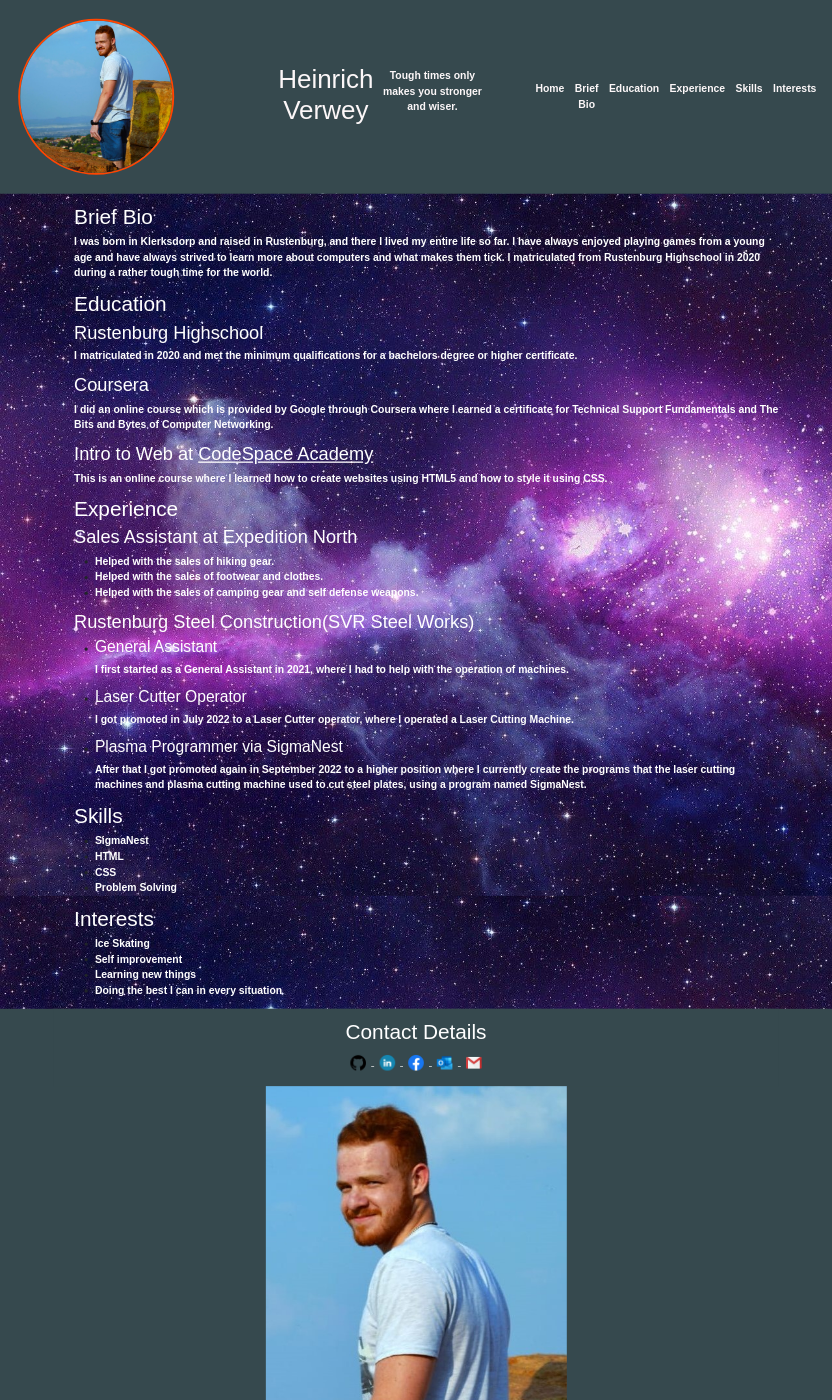
Repository: W3asl3y/IntroToWebDesign
Page: index.html
The author's editor kept a copy of each file at every save. The page is drawn from the files as they stood at one save, then again after the next save.
The browser window is 1280 px wide. The pictures show the whole page, at 65% of full size.

Above is the page before, as saved 2022-12-09 16:16:57.

### index.html
<!DOCTYPE html>
<html lang="en">
    <head>
        <meta charset="UTF-8">
        <meta http-equiv="X-UA-Compatible" content="IE=edge">
        <meta name="viewport" content="width=device-width, initial-scale=1.0">

        <title>
            My Resume
        </title>

        <link rel="stylesheet" href="https://cdn.jsdelivr.net/npm/bootstrap@5.2.3/dist/css/bootstrap.min.css" integrity="sha384-rbsA2VBKQhggwzxH7pPCaAqO46MgnOM80zW1RWuH61DGLwZJEdK2Kadq2F9CUG65" crossorigin="anonymous">

        <link rel="stylesheet" type="text/css" href="css/stylesheet.css">

        <script src="https://cdn.jsdelivr.net/npm/bootstrap@5.2.3/dist/js/bootstrap.bundle.min.js" integrity="sha384-kenU1KFdBIe4zVF0s0G1M5b4hcpxyD9F7jL+jjXkk+Q2h455rYXK/7HAuoJl+0I4" crossorigin="anonymous"></script>

    </head>
    <body class="body">

        <header id="heading">

                    <nav class="navbar navbar-expand-lg bg-transparent">

                        <div class="container-fluid m-0">
                                 <a class="navbar-brand" href="#"><img id="profile_picture" src="images/Heinrich.jpg" alt="My profile picture" ></a>
                        </div>

                        <div class="container m-5">
                            <h1>
                                Heinrich Verwey
                            </h1>
                            <p>
                                Tough times only makes you stronger and wiser.
                            </p>
                        </div>

                                 <button class="navbar-toggler m-auto" type="button" data-bs-toggle="collapse" data-bs-target="#navbarSupportedContent" aria-controls="navbarSupportedContent" aria-expanded="false" aria-label="Toggle navigation">
                                    <span class="navbar-toggler-icon"></span>
                                </button>

                                <div class="collapse navbar-collapse" id="navbarSupportedContent">
                                    <ul class="navbar-nav me-auto mb-2 mb-lg-0">
                                        <li class="nav-item">
                                            <a class="nav-link active" aria-current="page" href="#">Home</a>
                                        </li>
                                        <li class="nav-item">
                                            <a class="nav-link" href="#brief_bio"> Brief Bio </a>
                                        </li>
                                        <li class="nav-item dropdown">
                                            <a class="nav-link" href="#education"> Education </a>
                                        </li>
                                        <li class="nav-item">
                                            <a class="nav-link" href="#experience"> Experience </a>
                                        </li>
                                        <li class="nav-item">
                                            <a class="nav-link" href="#skills"> Skills </a>
                                        </li>
                                        <li class="nav-item">
                                             <a class="nav-link" href="#interests"> Interests </a>
                                        </li>
                                    </ul>
                                </div>

                            </div>

                        </div>

                    </nav>

                </div>

            </div>

        </header>

        <div class="backgroundImage">

        <main>
            <div class="container" style="padding-top: 1rem">
                <div class="row">
                    <div class="col-12">
                        <article id="contents">
                            <h2 id="brief_bio">
                                Brief Bio
                            </h2>
                            <p>
                                I was born in Klerksdorp and raised in Rustenburg, and there I lived my entire life so far. I have always enjoyed playing games from a young age and have always strived to learn more about computers and what makes them tick. I matriculated from Rustenburg Highschool in 2020 during a rather tough time for the world.
                            </p>
                            <h2 id=education>
                                Education
                            </h2>
                            <h3>
                                Rustenburg Highschool
                            </h3>
                            <p>
                                I matriculated in 2020 and met the minimum qualifications for a bachelors degree or higher certificate.
                            </p>
                            <h3>
                                Coursera
                            </h3>
                            <p>
                                I did an online course which is provided by Google through Coursera where I earned a certificate for Technical Support Fundamentals and The Bits and Bytes of Computer Networking.
                            </p>
                            <h3>
                                Intro to Web at <a id="codespace" href="https://www.codespace.co.za/courses/frontend-web-development/">CodeSpace Academy</a>
                            </h3>
                            <p>
                                This is an online course where I learned how to create websites using HTML5 and how to style it using CSS.
                            </p>
                            </h3>
                            <h2 id="experience">
                                Experience
                            </h2>
                            <h3>
                                Sales Assistant at Expedition North
                            </h3>
                            <ul>
                                <li>
                                    Helped with the sales of hiking gear.
                                </li>
                                <li>
                                    Helped with the sales of footwear and clothes.
                                </li>
                                <li>
                                    Helped with the sales of camping gear and self defense weapons.
                                </li>
                            </ul>
                            <h3>
                                Rustenburg Steel Construction(SVR Steel Works)
                            </h3>
                            <ul>
                                <li>
                                    <h4>
                                        General Assistant
                                    </h4>
                                        <p>
                                            I first started as a General Assistant in 2021, where I had to help with the operation of machines.
                                        </p>
                                </li>
                                <li>
                                    <h4>
                                        Laser Cutter Operator
                                    </h4>
                                        <p>
                                            I got promoted in July 2022 to a Laser Cutter operator, where I operated a Laser Cutting Machine.
                                        </p>
                                </li>
                                <li>
                                    <h4>
                                        Plasma Programmer via SigmaNest
                                    </h4>
                                        <p>
                                            After that I got promoted again in September 2022 to a higher position where I currently create the programs that the laser cutting machines and plasma cutting machine used to cut steel plates, using a program named SigmaNest.
                                        </p>
                                </li>
                            </ul>
                            <h2 id="skills">
                                Skills
                            </h2>
                            <ul>
                                <li>
                                    SigmaNest
                                </li>
                                <li>
                                    HTML
                                </li>
                                <li>
                                    CSS
                                </li>
                                <li>
                                    Problem Solving
                                </li>
                            </ul>
                            <h2 id="interests">
                                Interests
                            </h2>
                            <ul>
                                <li>
                                    Ice Skating
                                </li>
                                <li>
                                    Self improvement
                                </li>
                                <li>
                                    Learning new things
                                </li>
                                <li>
                                    Doing the best I can in every situation
                                </li>
                            </ul>
                        </article>
                    </div>
                </div>
            </div>

        </main>

        </div>
        <div class="container text-center" >
            <footer class="footer">
                <h2>
                    Contact Details
                </h2>
                    <a href="https://github.com/W3asl3y" target="_blank">
                        <img class="my_contacts" src="Images\Github-22.png" alt="My Github">
                    </a>
                    <a href="https://www.linkedin.com/in/heinrich-verwey-1627a7205/" target="_blank">
                        <img class="my_contacts" src="Images\LinkedIn.webp" alt="My LinkedIn">
                    </a>
                    <a  href="https://www.facebook.com/heinrich.verwey.79/" target="_blank">
                        <img class="my_contacts" src="Images\Facebook.webp" alt=" My Facebook">
                    </a>
                    <a href="mailto:verwey41@outlook.com" target="_blank">
                        <img class="my_contacts" src="Images\Microsoft-Outlook-01.png" alt="My Outlook Email">
                    </a>
                    <a href="https://mail.google.com/mail/u/0/#inbox?compose=DmwnWrRpddMlNTSjFqkttlfhgGgSTqTdZwvhCZbHGPMFCZvZVTDvqlDvZQjtBGtGFFxcnhXPNVnl" target="_blank">
                        <img class="my_contacts" src="Images\Gmail.webp" alt="My Gmail Email">
                    </a>

            </footer>
        </div>

        <div class="pictureOfMe">
            <picture>
                <source media="(max-width: 650px)" srcset="Images\Heinrich-H.jpg">
                <source media="(max-width: 1400px)" srcset="Images\Heinrich-HS.jpg">
                <img src="Images\Heinrich.jpg" alt="It is a picture of me">
            </picture>
        </div>

    </body>
</html

### CSS/stylesheet.css
* { box-sizing: border-box }

.body{
     font-family:sans-serif;

     font-weight: bolder;
     background-color:  #36494e ;
     display: flex;
     flex-direction: column;
}

.backgroundImage {
     background-image: url("/images/background-image.jpg");
     background-size: auto;

}

main {
     display: flex;
     flex-direction: row;
     overflow: unset;
     -webkit-text-fill-color: white;
}

header {
     text-align: center;
    -webkit-text-fill-color: #FCF7F8;
     background-color: #36494e;
     padding: 1rem;
}



#profile_picture {
     width: 15rem;
     border-radius: 50%;
     border: 3px solid orangered;
}

#profile_picture:hover {
     width: 30rem;
     animation-name: profilePicture;
     animation-duration: 3s;
 }

 @keyframes profilePicture {
     from {
         width: 15rem;
     }

     to {
         width: 30rem;
     }

 }


#contents {
     padding-left: 2rem;
     background-color: transparent;
     background-image: none;
}

#codespace:hover {
     color: white;
}

a:link {
     color: blue;
}

a:visited {
     color: blue;
}

.my_contacts {
     width: 40px;
     padding: 0.5rem;
}



footer {
     background-color: #36494e;
     text-align: center;
     -webkit-text-fill-color: white;
     padding: 1rem;
     justify-content: center;
}


.pictureOfMe {
     align-self: center;
}

@media  screen and (max-width:600px){
     .body {
          font-size: 80%;
          text-size-adjust: 80%;
     }
     #contents {
          width: auto;
     }
     .backgroundImage {
          width: auto;
     }
}

@media screen and (max-width:1000px) {
     #contents {
          width: auto;
     }
     .backgroundImage {
          width: auto;
     }

}

@media screen and (min-width:1000px) {
     .body {
          text-size-adjust: 400%;
     }
     #contents {
          width: auto;
     }
     .backgroundImage {
          width: auto;
     }

}

After the next save:
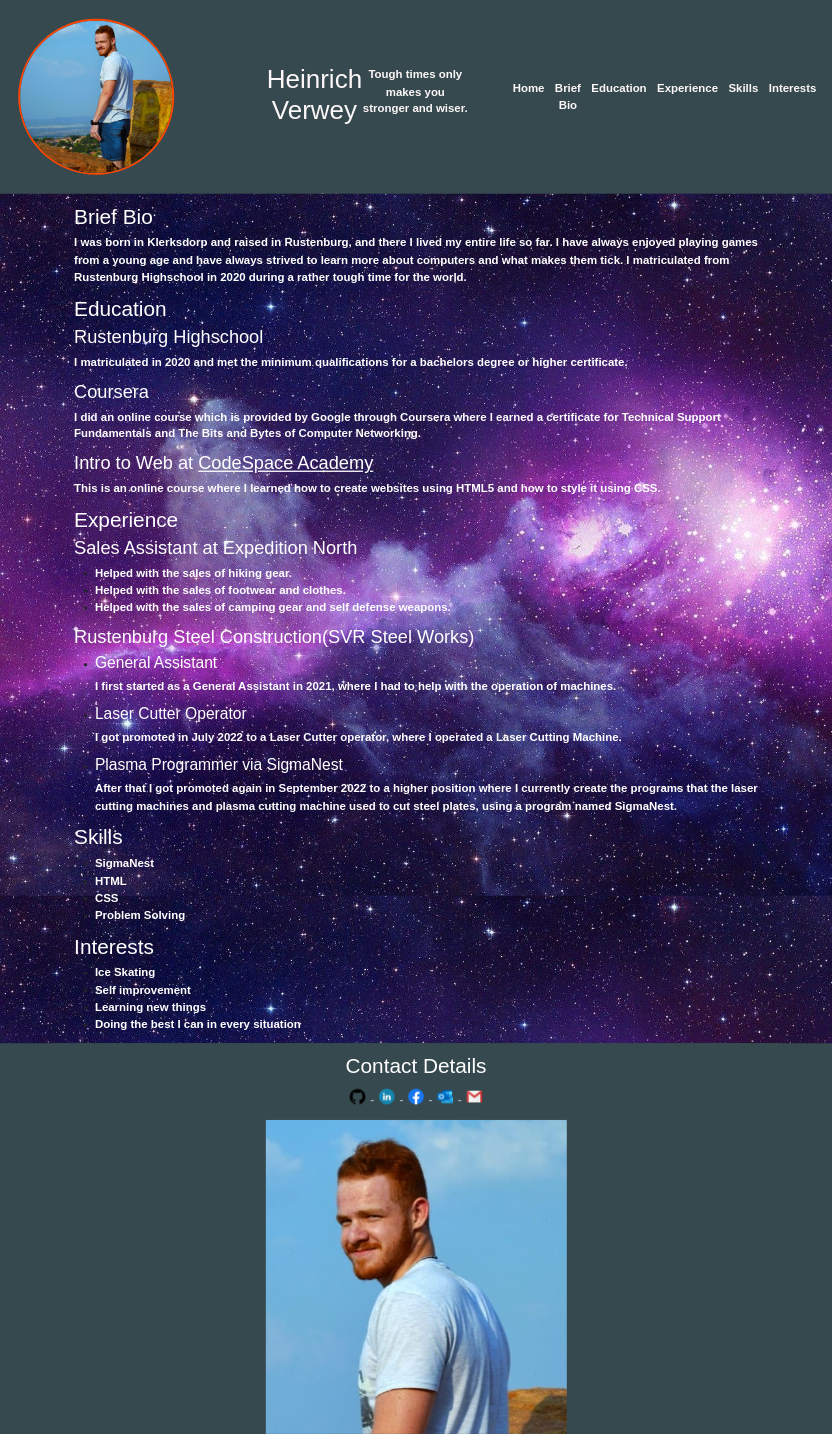
Saved 18 s later.
--- a/CSS/stylesheet.css
+++ b/CSS/stylesheet.css
@@ -2,7 +2,7 @@
 
 .body{
      font-family:sans-serif;
-
+     font-size:110%;
      font-weight: bolder;
      background-color:  #36494e ;
      display: flex;
@@ -95,7 +95,6 @@ footer {
 
 @media  screen and (max-width:600px){
      .body {
-          font-size: 80%;
           text-size-adjust: 80%;
      }
      #contents {
@@ -118,7 +117,7 @@ footer {
 
 @media screen and (min-width:1000px) {
      .body {
-          text-size-adjust: 400%;
+          text-size-adjust: 200%;
      }
      #contents {
           width: auto;
